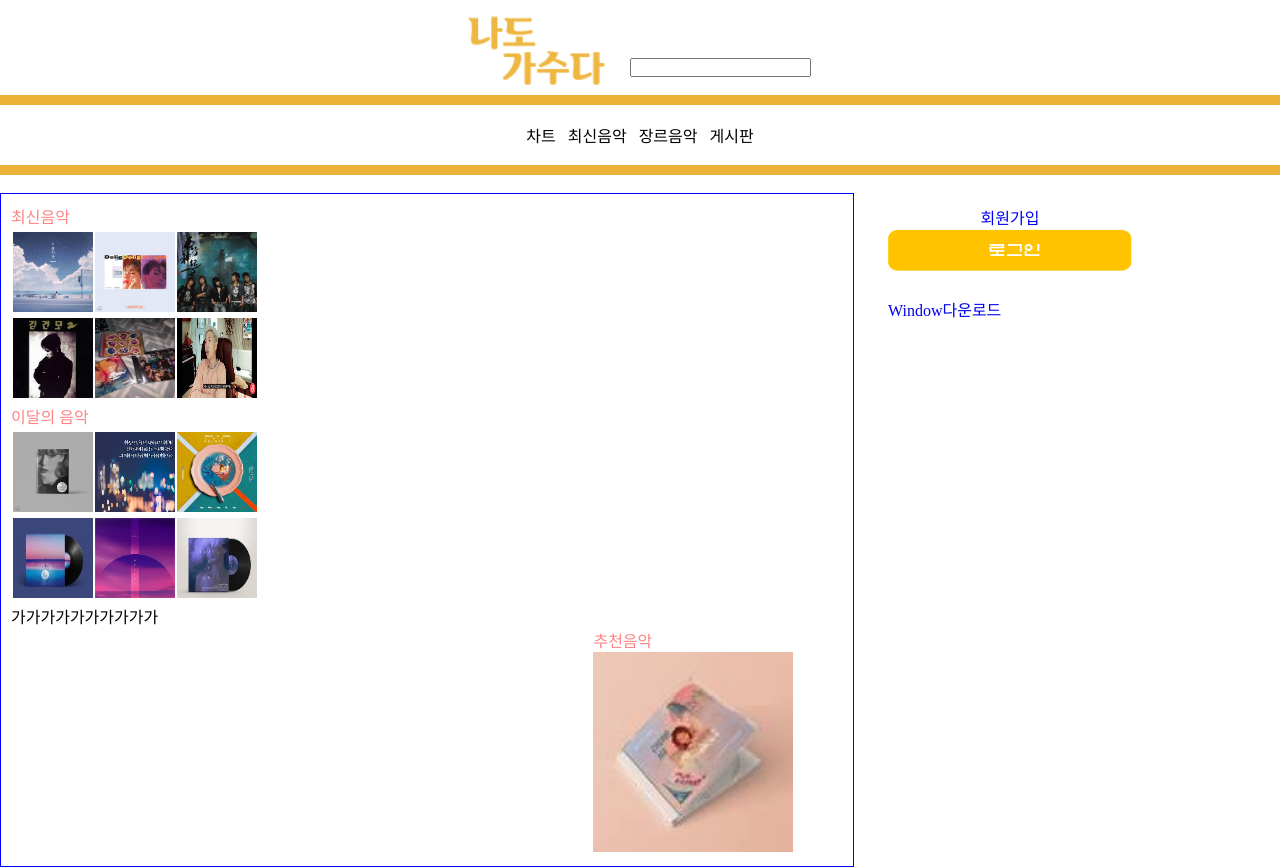
Repository: Ea-Bell/GraduationPortfolio
Page: http://localhost/WebTest/webTest/View/login/index.jsp
An editor plug-in stored every save of this project. The page is shown before and after the next save, followed by the edit.
The browser window is 1280 px wide. The pictures show the whole page.
The page is served by Tomcat 9. Nobody is signed in. The application's start-up code is not run.

Above is the page before, as saved 2020-09-16 09:18:46.

After the next save:
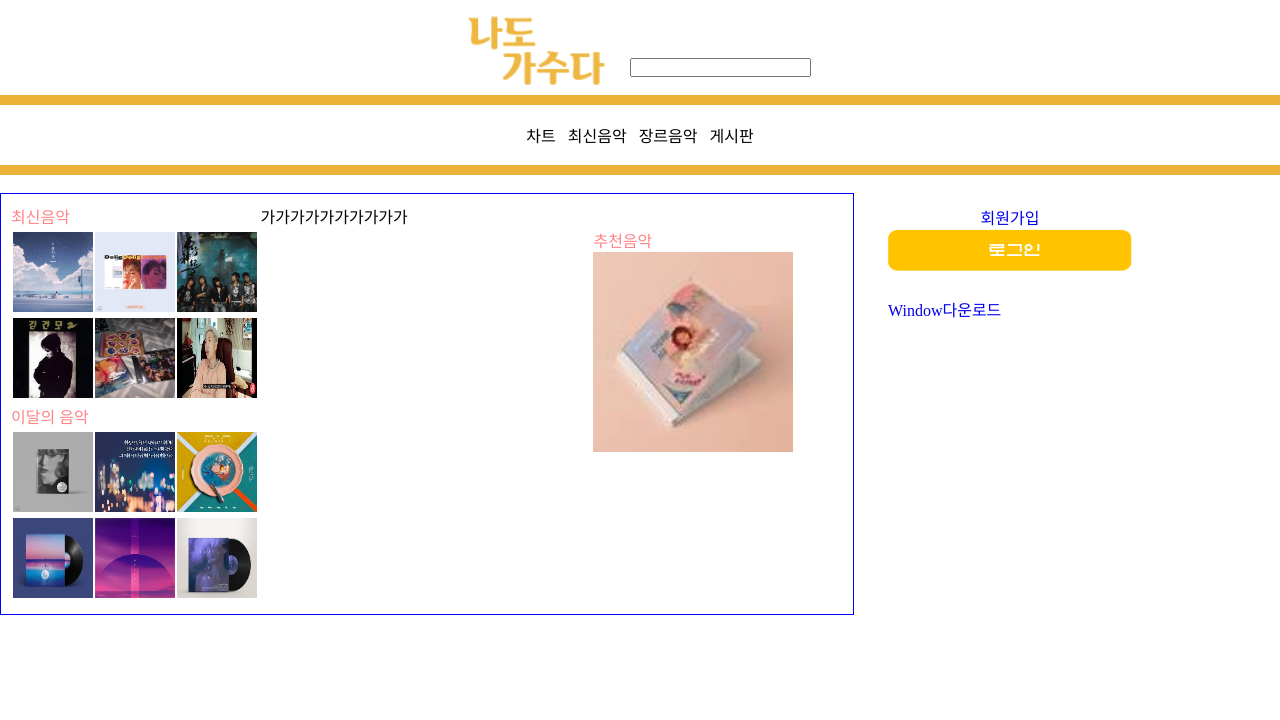
Saved 11 s later.
--- a/WEB_Server/WebTest/WebContent/webTest/View/login/index.jsp
+++ b/WEB_Server/WebTest/WebContent/webTest/View/login/index.jsp
@@ -118,7 +118,7 @@
 			</table>
 
 </div>
-<div style="width: 30%">
+<div style>
 가가가가가가가가가가
 </div>
 <div style="float: right; width: 30%">
